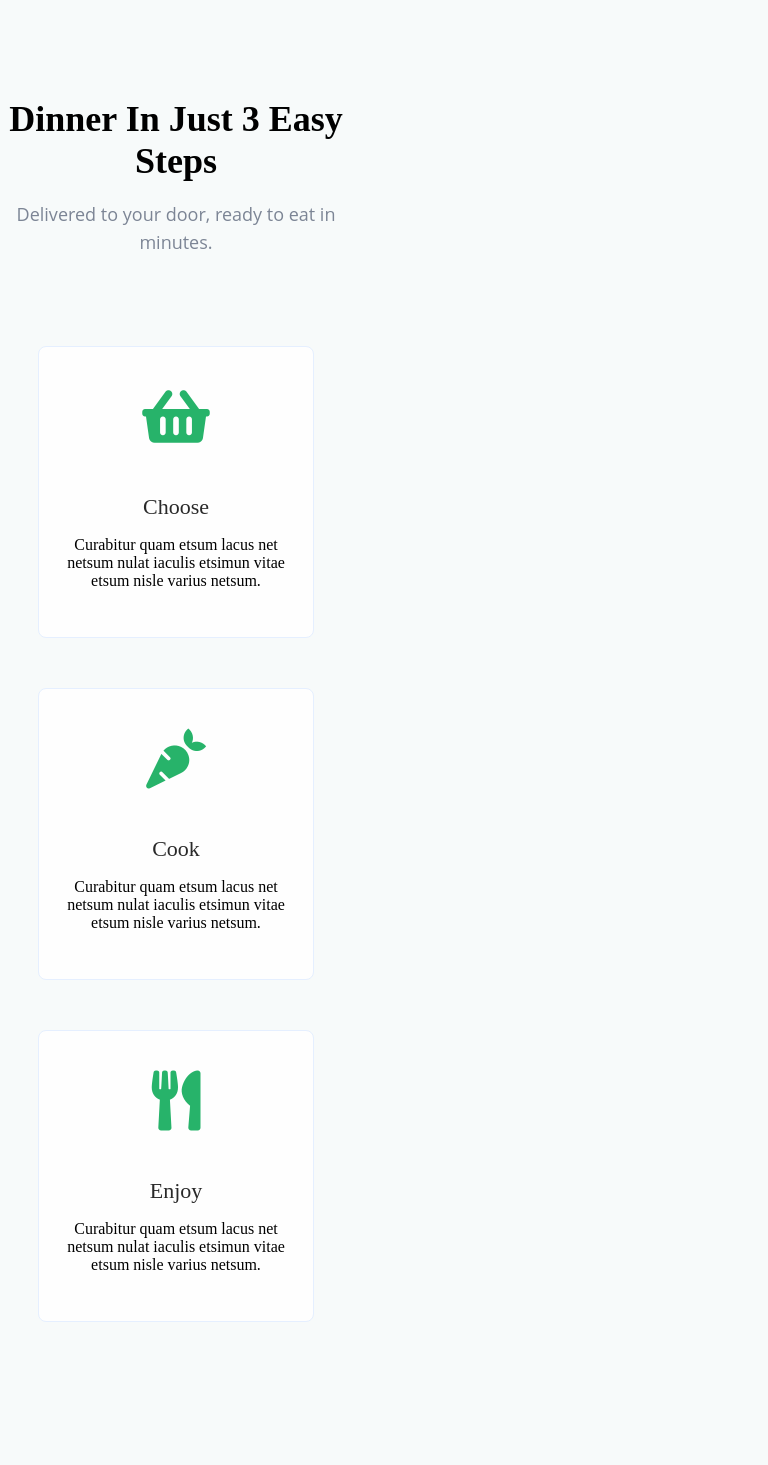
Repository: ST-United-Internship/leadpage
Page: card-UI.html
These files come from the project's save history. The page is drawn as it stood at one moment and after the next save; the edit follows.
The browser window is 768 px wide. The pictures show the whole page.

Above is the page before, as saved 2023-03-15 16:20:16.

After the next save:
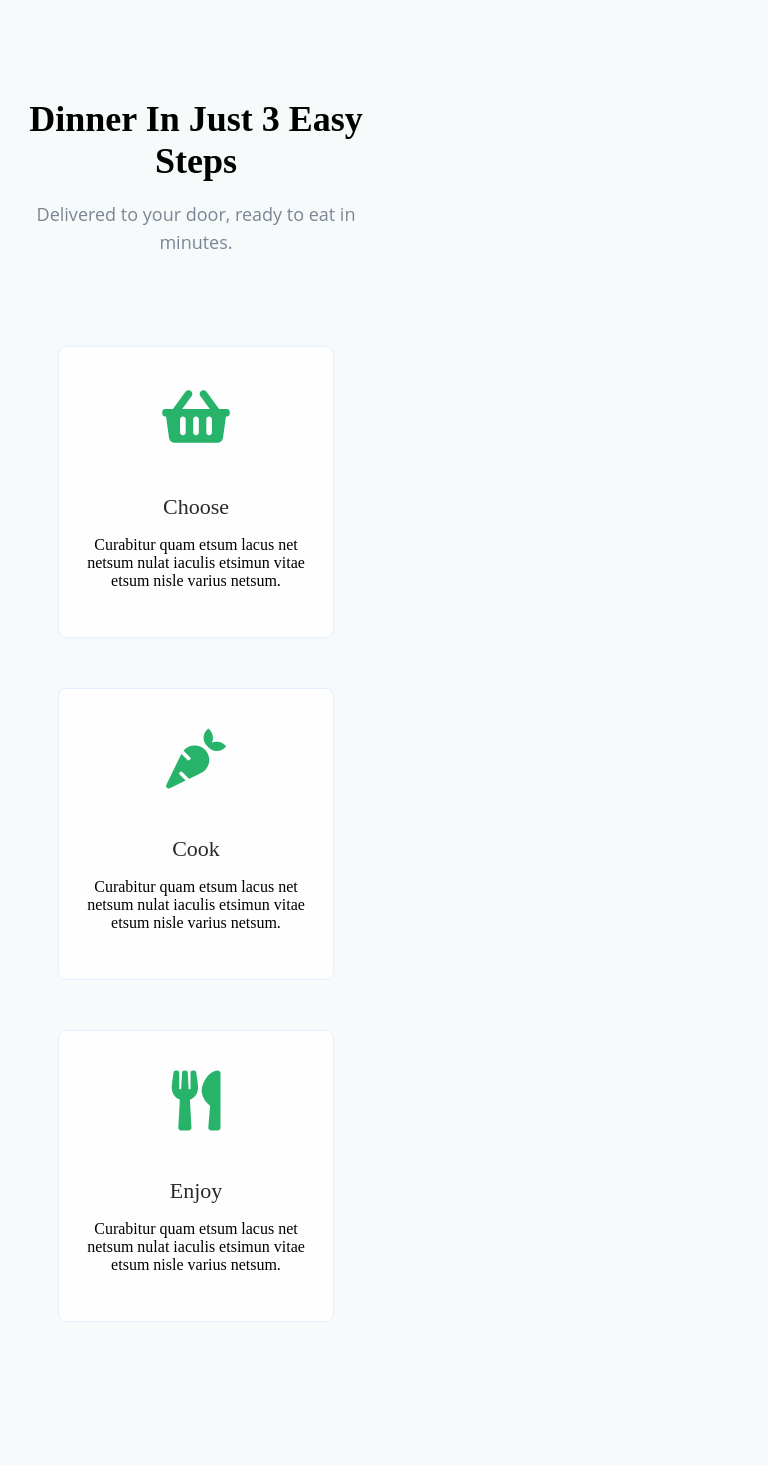
Saved 10 s later.
--- a/css/card-UI.css
+++ b/css/card-UI.css
@@ -92,8 +92,8 @@ section{
     .about{
         width: auto;
         align-items: center;
-        margin-right: -20px;
-        margin-left: -20px;
+        /* margin-right: -20px;
+        margin-left: -20px; */
         max-width: 50%;
     }
     .columm{
